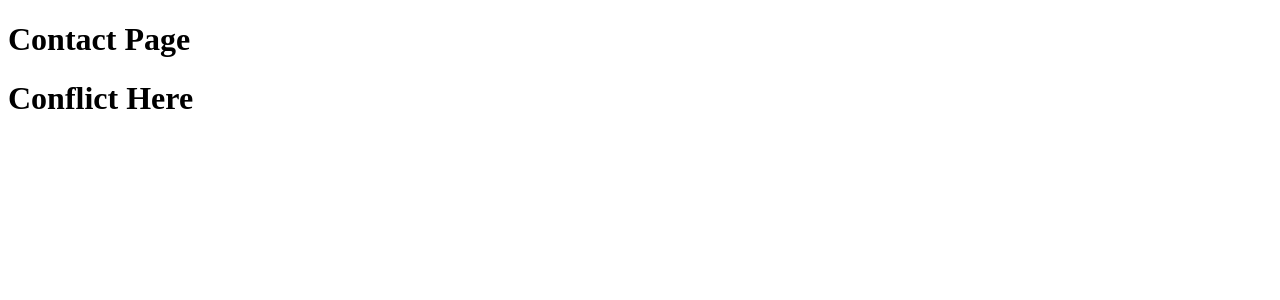
Repository: maianhbao9796/git_tutorial
Page: contact.html
These files come from the project's save history. The page is drawn as it stood at one moment and after the next save; the edit follows.
The browser window is 1280 px wide. The pictures show the whole page.

Above is the page before, as saved 2023-02-17 11:34:24.

After the next save:
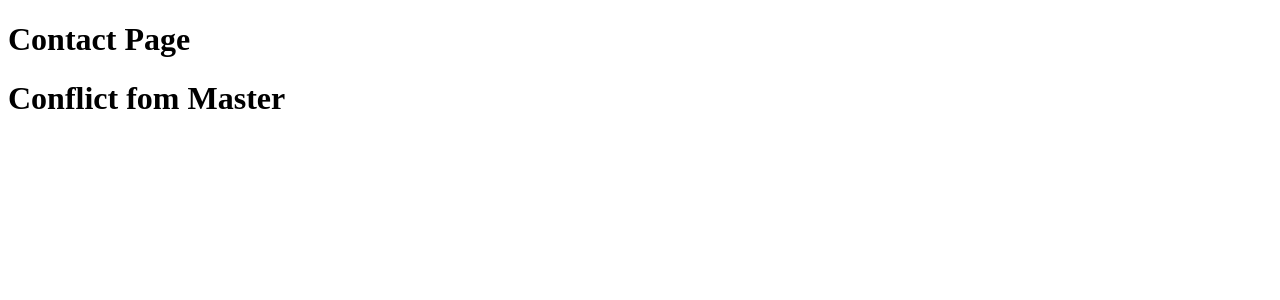
Saved 64 s later.
--- a/contact.html
+++ b/contact.html
@@ -8,6 +8,6 @@
 </head>
 <body>
     <h1>Contact Page</h1>
-    <h1>Conflict Here</h1>
+    <h1>Conflict fom Master</h1>
 </body>
 </html>

After the 2 saves that followed:
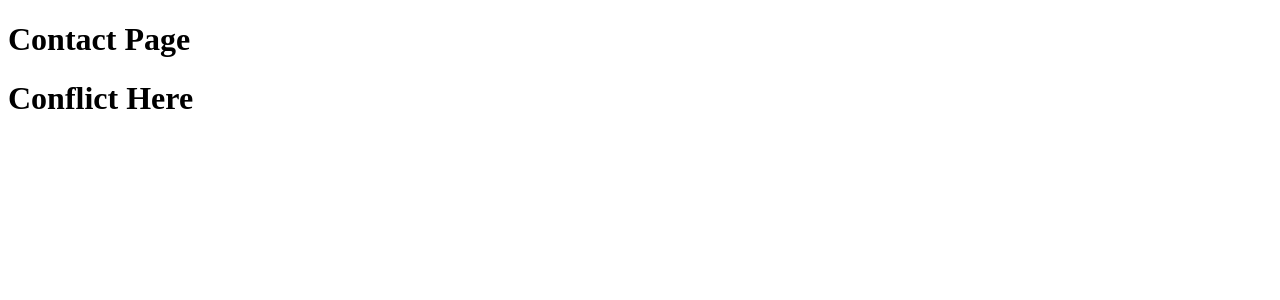
The 2 saves are shown as one change because they came seconds apart.
The last was saved 3 min 1 s later.
--- a/contact.html
+++ b/contact.html
@@ -8,6 +8,6 @@
 </head>
 <body>
     <h1>Contact Page</h1>
-    <h1>Conflict fom Master</h1>
+    <h1>Conflict Here</h1>
 </body>
 </html>
